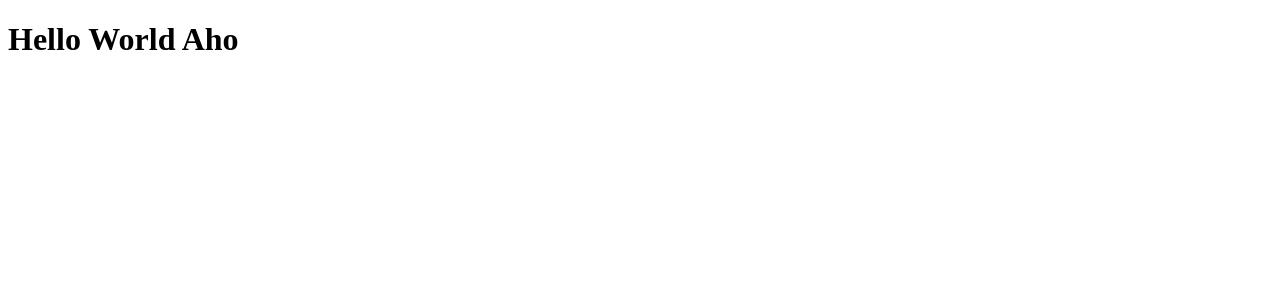
Repository: haosenli/smart-shop
Page: / (app in smart-shop-app/)
The author's editor kept a copy of each file at every save. The page is drawn from the files as they stood at one save, then again after the next save.
The browser window is 1280 px wide. The pictures show the whole page.
The project was rebuilt for these pictures with package versions that can differ from the ones it lists, and the page was loaded fresh each time. Also part of the build but not shown: smart-shop-app/vite.config.ts.

Above is the page before, as saved 2023-04-26 13:13:35.

After the next save:
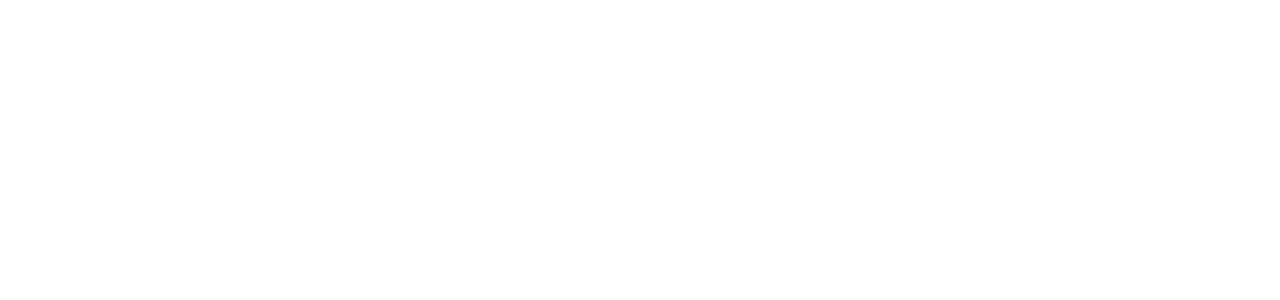
Console error (its wording comes from the project's code and is left out).
Saved 32 s later.
--- a/smart-shop-app/src/App.tsx
+++ b/smart-shop-app/src/App.tsx
@@ -1,7 +1,11 @@
-import LogIn from './LogIn';
+import LogIn from "./pages/LogIn";
 
 function App() {
-    return <div><LogIn /></div>;
+    return (
+        <div>
+            <LogIn />
+        </div>
+    );
 }
 
 export default App;

After the save that followed:
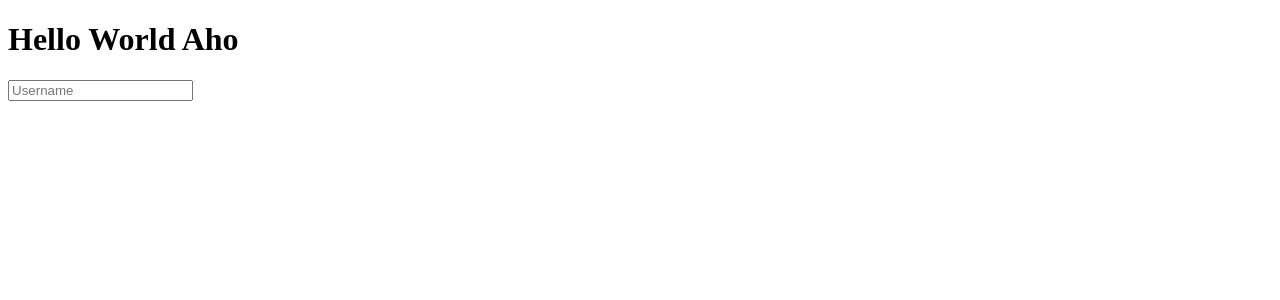
The error is gone.
Saved 22 s later.
--- a/smart-shop-app/src/components/TextInput.tsx
+++ b/smart-shop-app/src/components/TextInput.tsx
@@ -5,3 +5,5 @@
 function TextInput({ placeholderText }: Props) {
     return <input type="text" placeholder={placeholderText}></input>;
 }
+
+export default TextInput;
